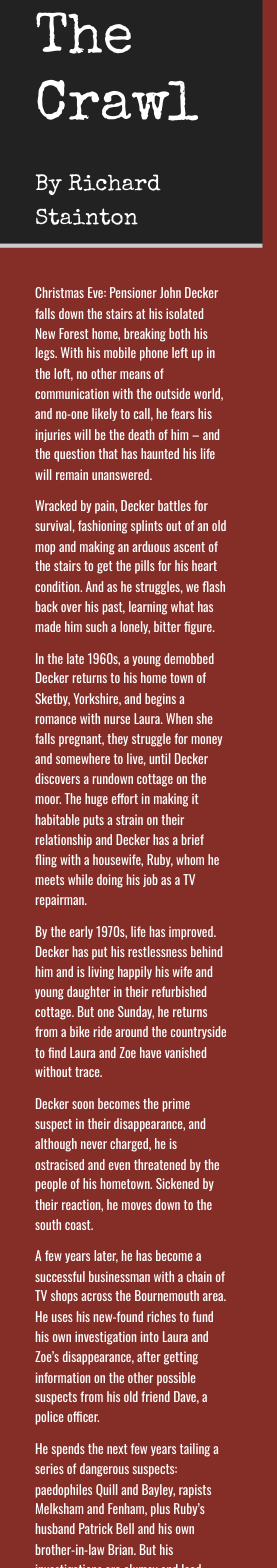
Repository: Domehead123/crawl
Page: index.html
The author's editor kept a record of every edit. The page is drawn from the files as they stood at one moment, then again after the next edit.
The browser window is 375 px wide. The page is 395 px wide, so the pictures cover 395 px, including what lies to the right of the window. The pictures show the part of the page from y = 0 to 2240 px (the page is 3307 px tall before and 3287 px after), at 70% of full size.

Above is the page before.

### index.html
<!DOCTYPE html>
<html lang="en">
<head>
    <meta charset="UTF-8">
    <meta name="viewport" content="width=device-width, initial-scale=1.0">
    <meta http-equiv="X-UA-Compatible" content="ie=edge">
    <link rel="stylesheet" href="https://stackpath.bootstrapcdn.com/bootstrap/4.4.1/css/bootstrap.min.css" integrity="sha384-Vkoo8x4CGsO3+Hhxv8T/Q5PaXtkKtu6ug5TOeNV6gBiFeWPGFN9MuhOf23Q9Ifjh" crossorigin="anonymous">
    <link href="https://fonts.googleapis.com/css?family=Oswald|Special+Elite&display=swap" rel="stylesheet">
    <link rel="stylesheet" href="assets/css/style.css" type="text/css" />
    <title>The Crawl</title>
</head>
<body>
    <header>
        <div class="title"><h1>The Crawl</h1></div>
        <div class="author">By Richard Stainton</div>
    </header>
    <main>
        <p>Christmas Eve: Pensioner John Decker falls down the stairs at his isolated New Forest home, breaking both his legs. With his mobile phone left up in the loft, no other means of communication with the outside world, and no-one likely to call, he fears his injuries will be the death of him – and the question that has haunted his life will remain unanswered.</p>
<p>Wracked by pain, Decker battles for survival, fashioning splints out of an old mop and making an arduous ascent of the stairs to get the pills for his heart condition. And as he struggles, we flash back over his past, learning what has made him such a lonely, bitter figure.</p>
<p>In the late 1960s, a young demobbed Decker returns to his home town of Sketby, Yorkshire, and begins a romance with nurse Laura. When she falls pregnant, they struggle for money and somewhere to live, until Decker discovers a rundown cottage on the moor. The huge effort in making it habitable puts a strain on their relationship and Decker has a brief fling with a housewife, Ruby, whom he meets while doing his job as a TV repairman.</p>
<p>By the early 1970s, life has improved. Decker has put his restlessness behind him and is living happily his wife and young daughter in their refurbished cottage. But one Sunday, he returns from a bike ride around the countryside to find Laura and Zoe have vanished without trace.</p>
<p>Decker soon becomes the prime suspect in their disappearance, and although never charged, he is ostracised and even threatened by the people of his hometown. Sickened by their reaction, he moves down to the south coast.</p>
<p>A few years later, he has become a successful businessman with a chain of TV shops across the Bournemouth area. He uses his new-found riches to fund his own investigation into Laura and Zoe’s disappearance, after getting information on the other possible suspects from his old friend Dave, a police officer.</p>
<p>He spends the next few years tailing a series of dangerous suspects: paedophiles Quill and Bayley, rapists Melksham and Fenham, plus Ruby’s husband Patrick Bell and his own brother-in-law Brian. But his investigations are clumsy and lead nowhere, only making him more bitter and leading to the eventual break-up of his relationship with one of his employees, Penny.</p>
<p>Back in the present day, Decker tries to distract himself from the constant pain by going over the old case files one more time. He learns nothing new but then one of Zoe’s old drawings makes him suddenly realise the truth. He now knows who took Laura and Zoe but he fears dying alone without ever exposing the killer.</p>
<p>His only choice is to spend his Christmas Day taking a long crawl through the New Forest to the nearest road, in the hope he can flag down a passing car. But when it begins to rain heavily, it seems he might not survive for his confrontation with the man who murdered his wife and child…</p>

    </main>
    <side>
        <img src="assets/images/trees-mono.jpg">
        <div class="downloads">
        <p>The book is available to download from Amazon for just 99p. If you really can't afford that mammoth price, there is a free download here. But at least do me a favour of then leaving a review on Amazon.</p>
        <div class="button" href="https://www.amazon.co.uk/Crawl-Richard-Stainton-ebook/dp/B0841PFPQ1/ref=sr_1_1?keywords=the+crawl+richard+stainton&qid=1584789270&sr=8-1">Amazon</div>
        <div class="button">Free download</div>
    </side>
</body>
</html>

### assets/css/style.css
body {
 background: #852e28;
  font-family: 'Oswald', sans-serif;
  color: #fff;
  margin: 0;
}

header {
    background: #222;
    border-bottom: 6px solid #ccc;
    box-sizing: border-box;
    padding: 10px 0 10px 50px;
}

h1 {
    font-family: 'Special Elite', cursive;
    font-size: 5em;
}

h2 {
    font-family: 'Special Elite', cursive;
    font-size: 1.8em;
}

.title {
  color: #fff;
  display: inline-block;
  width: auto;
  margin: 0 20px 0 0;
}

.author {
    color: #fff;
  font-family: 'Special Elite', cursive;
  font-size: 2em;
  display: inline-block;
  width: 40%;
}

main {
    font-size: 1.2em;
    padding: 50px;
    width: 66%;
    display: inline-block;
    vertical-align: top;
    box-sizing: border-box;
}

main p:first-of-type {
    margin-top: 0;
}

main p:last-of-type {
    margin-bottom: 0;
}

side {
    width: 30%;
    display: inline-block;
    vertical-align: top;
    padding: 50px 0 0 0;
    box-sizing: border-box;
}

side img {
    width: 100%;
    border: 1px solid #ccc;
    opacity: 0.9;
}

.downloads {
    background: #222;
    border: 2px solid #ccc;
    border-radius: 10px;
    padding: 0 20px 20px 20px;
    margin-top: 30px;
    box-sizing: border-box;
}

.button {
    background: #ccc;
    color: #222;
    border-radius: 5px;
    width: 300px;
    padding: 7px;
    font-size: 1.2em;
    box-sizing: border-box;
    text-align: center;
    margin: 20px auto;
    transition: 0.4s all;
    max-width: 100%;
    cursor: pointer;
}

.button:hover {
    background: #eee;
}

.button a {
    display: inline-block;
    width: 100%;
    height: 100%;
    text-decoration: none;
    transition: 0.4s all;
    color: #222;
}

.button:hover a {
     text-decoration: underline;
}

@media only screen and (max-width: 600px) {

  h1 {
      margin-bottom: 20px;
      }

  h3  {
      margin-bottom: 20px;
  }

 .title {
      width: 100%;
      margin-bottom: 20px;
      }

  .author {
      width: 100%;
  }

  main {
    width: 100%;
    margin: 0;
  }

   side {
    width: 100%;
    padding: 0;
    margin: 0;
  }

  side img {
      display: none;
  }

  .downloads {
      margin: 0 50px 50px 50px;
  }

}

After the next edit:
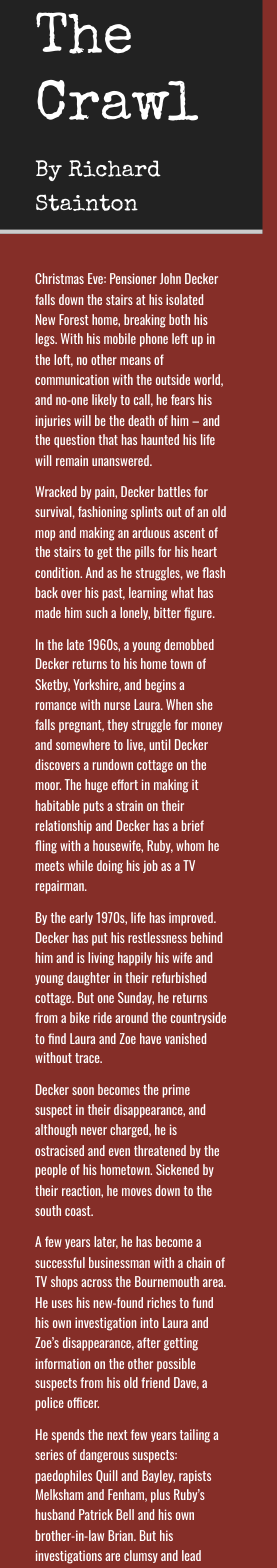
The edit:
--- a/assets/css/style.css
+++ b/assets/css/style.css
@@ -115,13 +115,10 @@
       margin-bottom: 20px;
       }
 
-  h3  {
-      margin-bottom: 20px;
-  }
 
  .title {
       width: 100%;
-      margin-bottom: 20px;
+
       }
 
   .author {
